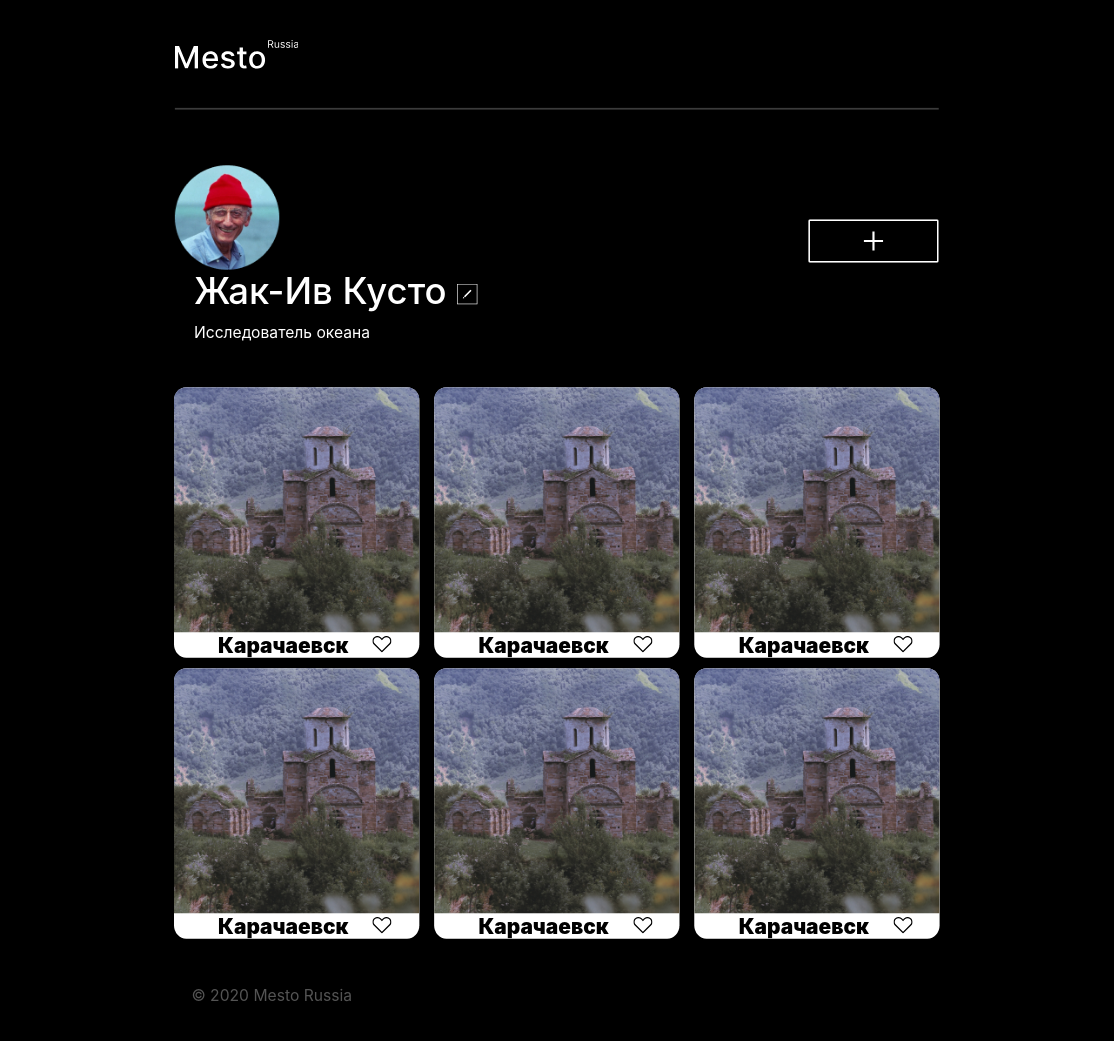
Repository: Ivan2399/mesto-project
Page: index.html
These files come from the project's save history. The page is drawn as it stood at one moment and after the next save; the edit follows.
The browser window is 1280 px wide. The pictures show the whole page, at 87% of full size.

Above is the page before, as saved 2021-11-16 18:49:57.

After the next save:
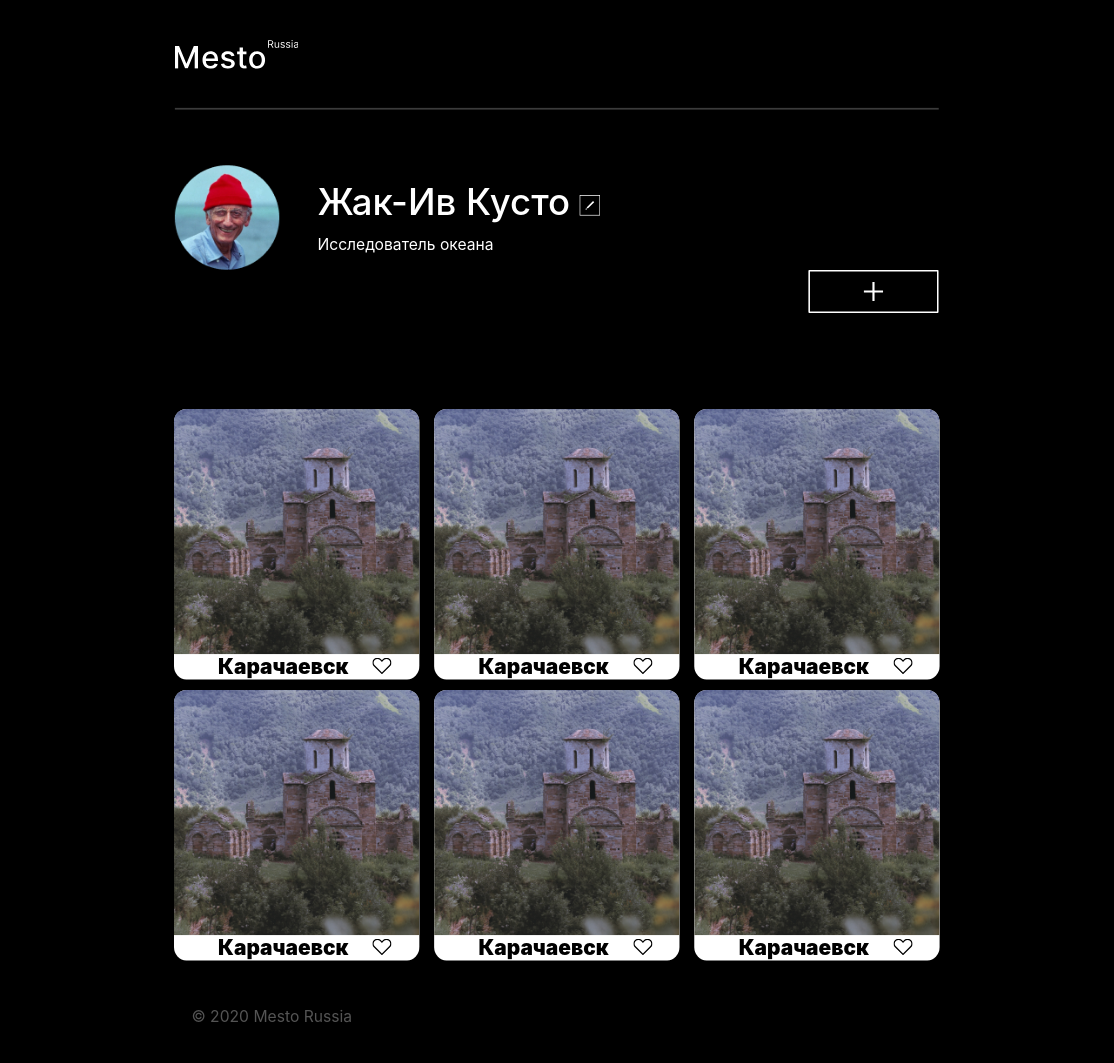
Saved 29 s later.
--- a/index.html
+++ b/index.html
@@ -18,8 +18,8 @@
             </div>
         </header>
         <main class="content">
-            <section class="profile profile__container_mobile">
-                <div class="profile__container">
+            <section class="profile">
+                <div class="profile__container profile__container_mobile">
                     <img class="profile__avatar" src="images/avatar/Avatar.png" alt="Аватарка">
                     <h2 class="profile__nickname profile__nickname_mobile">Жак-Ив Кусто
                         <button class="profile__buttons_type_editig"></button>

After the save that followed:
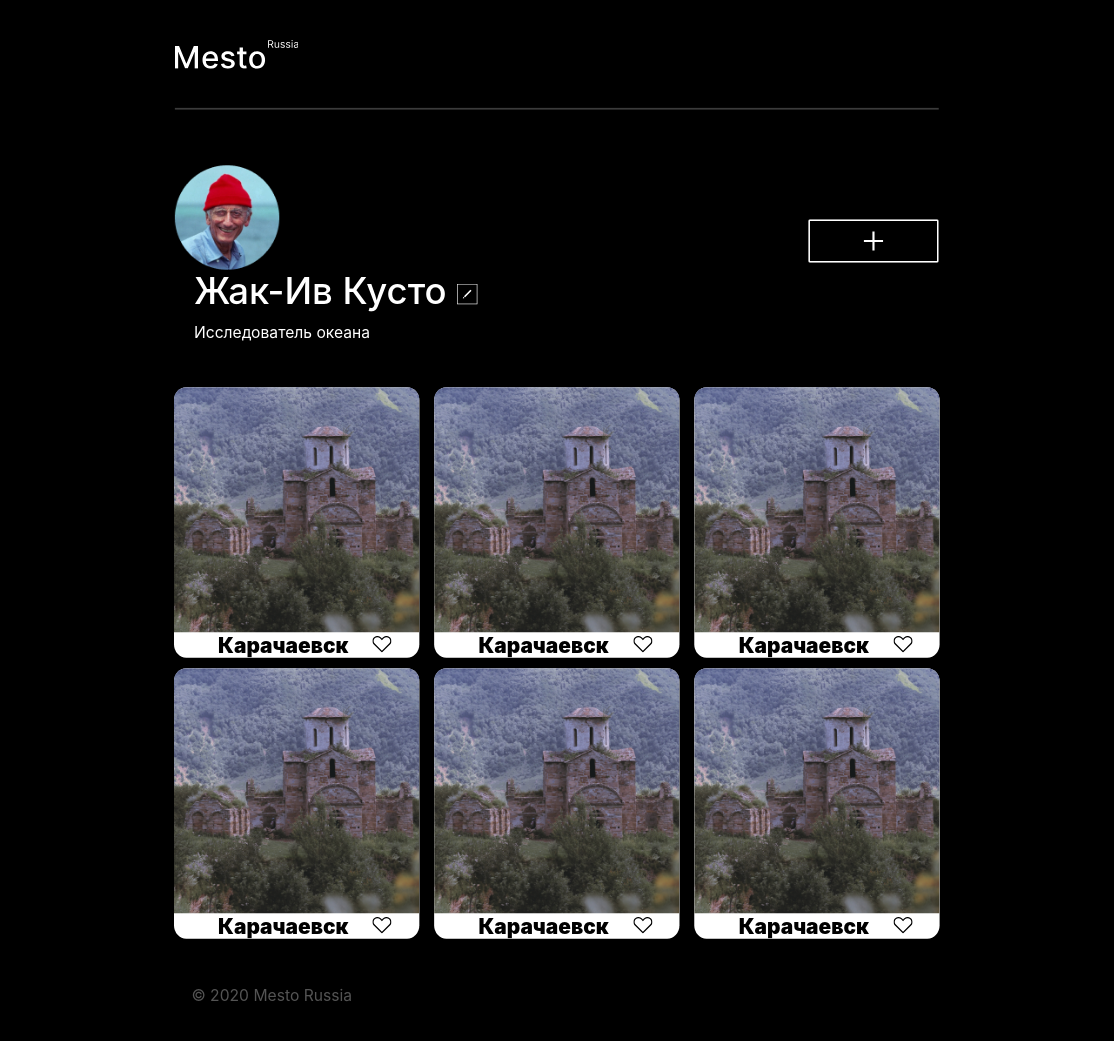
Saved 17 s later.
--- a/index.html
+++ b/index.html
@@ -18,7 +18,7 @@
             </div>
         </header>
         <main class="content">
-            <section class="profile">
+            <section class="profile profile__container_mobile">
                 <div class="profile__container profile__container_mobile">
                     <img class="profile__avatar" src="images/avatar/Avatar.png" alt="Аватарка">
                     <h2 class="profile__nickname profile__nickname_mobile">Жак-Ив Кусто
